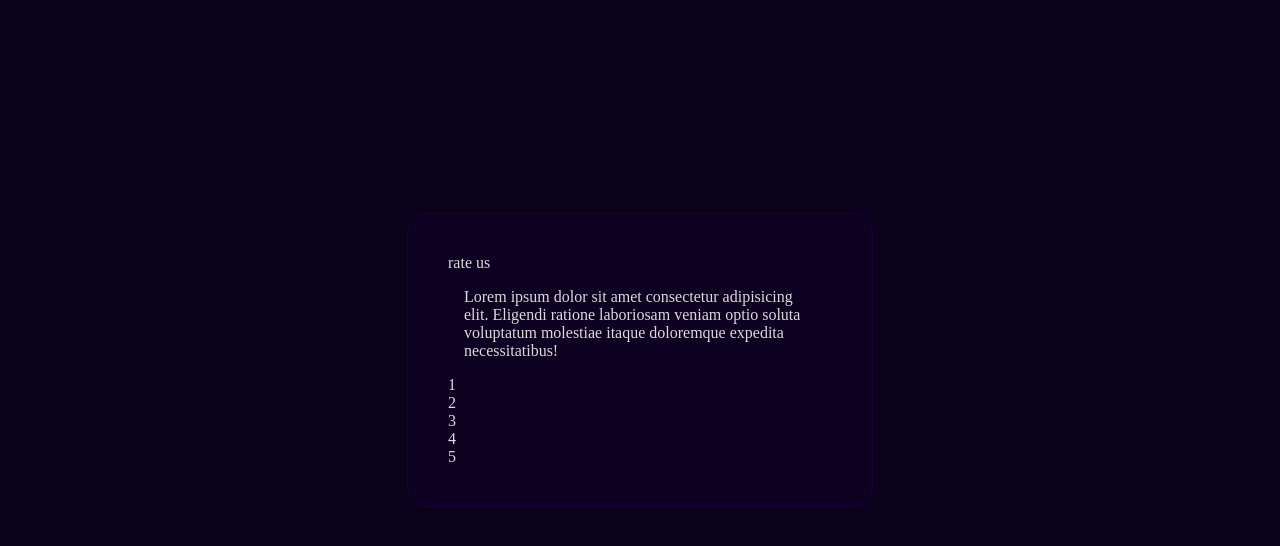
Repository: russel-success/xcodepp-TASK-2
Page: index.html
An editor plug-in stored every save of this project. The page is shown before and after a run of saves, followed by the edit.
The browser window is 1280 px wide. The pictures show the whole page.

Above is the page before, as saved 2024-05-24 22:49:51.

After the next 3 saves:
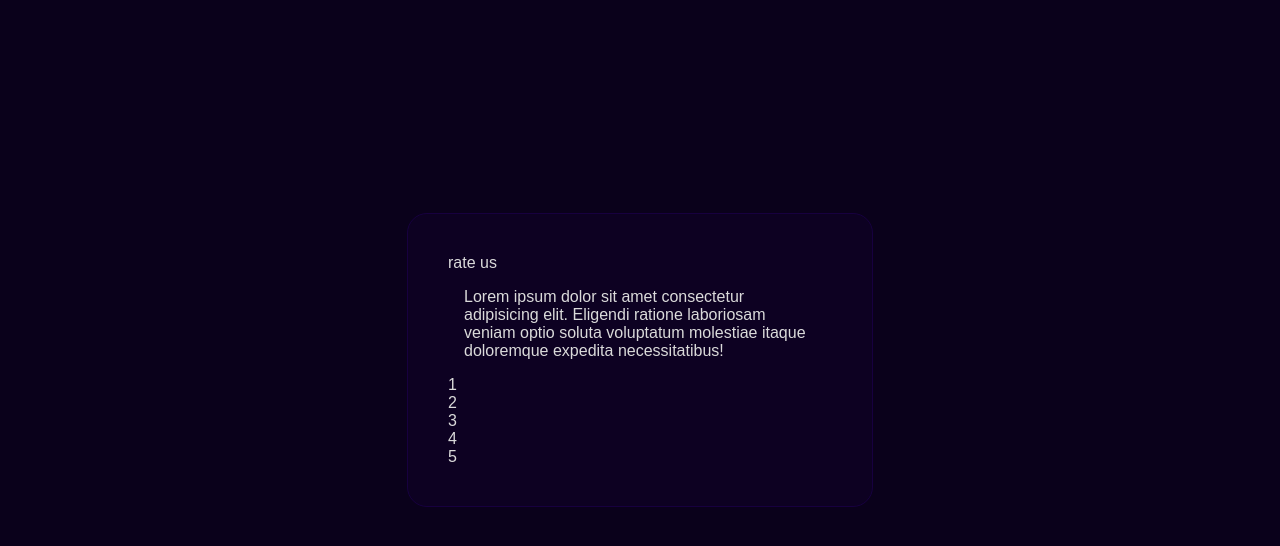
The 3 saves are shown as one change because they came seconds apart.
The last was saved 6 s later.
--- a/styles/styles.css
+++ b/styles/styles.css
@@ -21,7 +21,7 @@
     border:1px solid rgb(23, 0, 63);
     background:rgb(13, 1, 34);
     color:rgb(218, 218, 218);
-    font-family:
+    font-family:Arial, Helvetica, sans-serif;
 }
 .body-text-container{
     width:fit-content;
